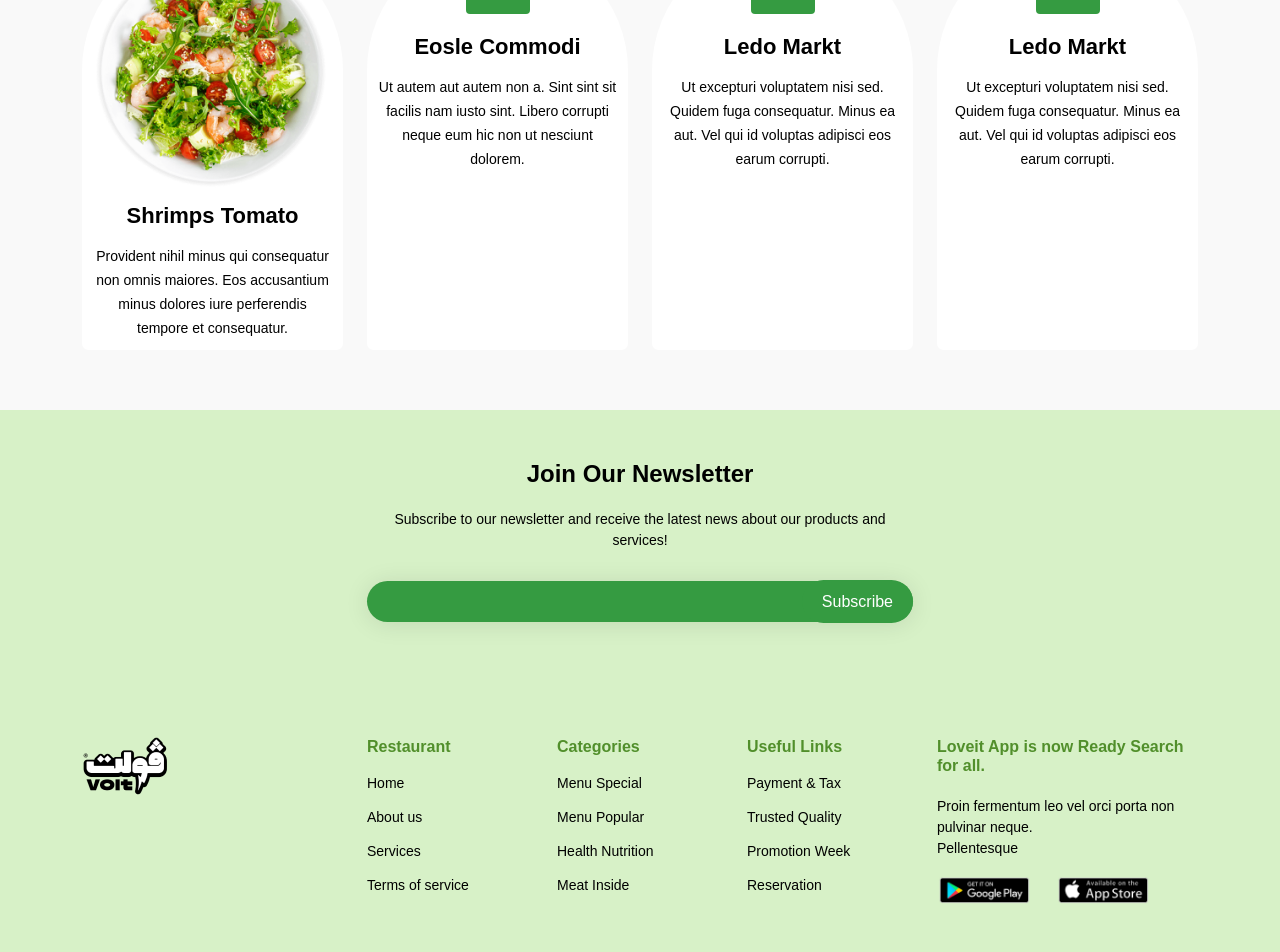
Repository: junivig/volt-new-project
Page: index.html
These files come from the project's save history. The page is drawn as it stood at one moment and after the next save; the edit follows.
The browser window is 1280 px wide. The pictures show the part of the page from y = 2104 to 3056 px (the page is 3102 px tall before and 3126 px after).

Above is the page before, as saved 2025-01-30 12:23:38.

After the next save:
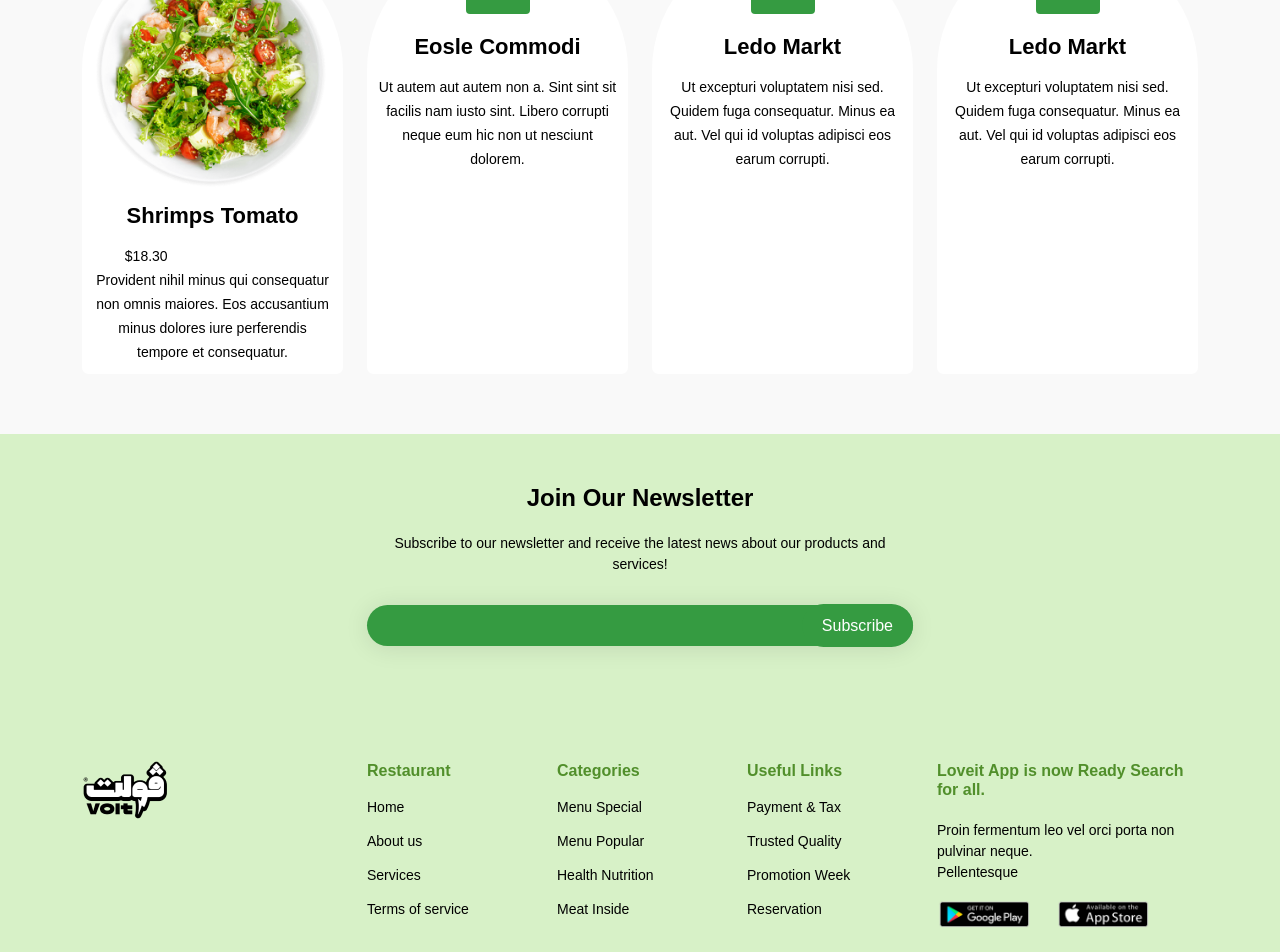
Saved 92 s later.
--- a/index.html
+++ b/index.html
@@ -334,6 +334,14 @@
                   <a href="service-details.html" class="stretched-link">
                     <h3>Shrimps Tomato</h3>
                   </a>
+                  <div class="row">
+                    <div class="col-6">
+                      <p>$18.30</p>
+                    </div>
+                    <div class="col-6">
+
+                    </div>
+                  </div>
                   <p>Provident nihil minus qui consequatur non omnis maiores. Eos accusantium minus dolores iure perferendis tempore et consequatur.</p>
                 </div>
               </div><!-- End Service Item -->
